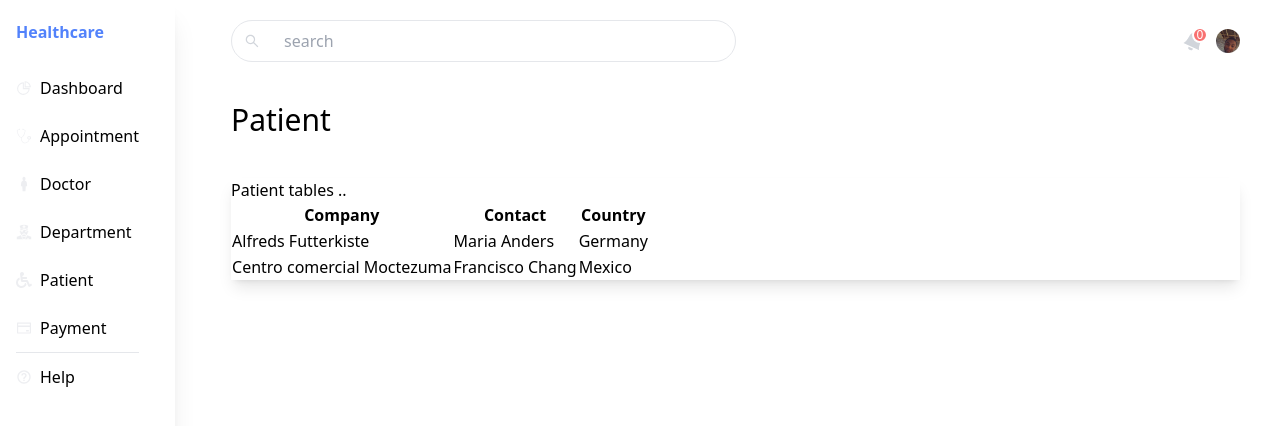
Repository: hisreal123/healthcare-dashboard
Page: /patient
These files come from the project's save history. The page is drawn as it stood at one moment and after a run of saves; the edit follows.
The browser window is 1280 px wide. The pictures show the whole page.
The project was rebuilt for these pictures with package versions that can differ from the ones it lists, and the page was loaded fresh each time. Also part of the build but not shown: vite.config.ts, src/routes/Error.tsx, src/views/Dashboard.tsx, components/tables/AppointementTable.tsx, src/views/Appointment.tsx, src/views/Doctor.tsx, src/views/Department.tsx, src/views/Payment.tsx and 1 more.

Above is the page before, as saved 2023-05-05 19:01:22.

### src/main.tsx
import React from 'react'
import ReactDOM from 'react-dom/client'
import App from './App.tsx'
import './index.css'


ReactDOM.createRoot(document.getElementById('root') as HTMLElement).render(
  <React.StrictMode>
    <App />
  </React.StrictMode>,
)

### src/App.tsx
import React from "react"
import {
  createBrowserRouter,
  RouterProvider,
} from "react-router-dom";
import Navigation from "../components/Navigation";
import Error from "./routes/Error";
import Dashboard from "./views/Dashboard";
import Appointment from "./views/Appointment";
import Doctor from "./views/Doctor";
import Department from "./views/Department";
import Patient from "./views/Patient";
import Payment from "./views/Payment";
import Help from "./views/Help";
import { Provider } from "react-redux";
import store from '../redux/store';

const router = createBrowserRouter([
  {
    path: "/",
    element: <Navigation />,
    errorElement: <Error />,

    children: [
      {
        path: "/dashboard",
        element: <Dashboard />,
      },
      {
        path: "/appointment",
        element: <Appointment />,
      },
      {
        path: "/doctor",
        element: <Doctor />,
      },
      {
        path: "/department",
        element: <Department />,
      },
      {
        path: "/patient",
        element: <Patient />,
      },
      {
        path: "/payment",
        element: <Payment />,
      },
      {
        path: "/help",
        element: <Help />,
      },
    ]

  }
]);



function App() {
  return (
    <Provider store={store}>
      <RouterProvider router={router} />
    </Provider>
  )
}

export default App

### components/Navigation.tsx
import { Outlet } from "react-router-dom";
import { list } from "../src/data/Links";

export default function Navigation() {

    return (
        <>
            <section className="flex space-x-4">
                <div id="sidebar" className="  h-screen shadow-xl group">
                    <div className="px-4 ">

                        {/* logo */}
                        <div >
                            <h1 className="py-5 text-[#5282FB] font-bold">Healthcare</h1>
                        </div>

                        {/* nav */}
                        <nav className="relative pr-5 ">
                            <ul className="relative">
                                {list.map((list, index) => {
                                    return (
                                        <li key={index} className="flex space-x-2 items-center py-3 last:border-t ">
                                            <span className="text-gray-200/70 text-md ">{list.icon}</span>
                                            <a href={`./${list.link}`} className="focus:text-[#5282FB] ">{list.name}</a>
                                        </li>
                                    )
                                })}
                            </ul>
                        </nav>
                    </div>
                </div>
                <div id="detail" className="relative w-full"><Outlet /></div>
            </section>
        </>
    );
}

### src/views/Patient.tsx
import React from 'react'
import ProfileHeader from '../../components/holders/ProfileHeader'
import PatientTable from '../../components/tables/PatientsTable'


export default function Patient() {
    return (
        <>
            <section
                className=" px-10 pt-5 w-full relative">
                <ProfileHeader />

                <main className="div mt-10">
                    <h1 className='lg:text-3xl'> Patient</h1>
                    <PatientTable />
                </main>
            </section>
        </>
    )
}

### redux/store.js
import { configureStore } from "@reduxjs/toolkit";
import AppointmentReducer from "./slices/Appointment";
import patientsReducer from "./slices/Patient";



const store = configureStore({
    reducer : {
        appointments:  AppointmentReducer,
        patients:  patientsReducer,
    }
})


export default store

### src/data/Links.tsx
import { Home, BarChart2 } from 'react-feather';
import { GiStethoscope, GiPerson, GiNurseMale } from 'react-icons/gi'
import { FaWheelchair } from 'react-icons/fa'
import { AiOutlineCreditCard, AiOutlinePieChart } from 'react-icons/ai'
import { BiHelpCircle } from 'react-icons/bi'


type Class  = {
    id: number,
    icon: any,
    name:  string,
    link: string
}


export const list: Class[]= [
    {
        id: 1,
        icon: <AiOutlinePieChart />,
        name: 'Dashboard',
        link: './dashboard',
    },
    {
        id: 2,
        icon: <GiStethoscope />,
        name: 'Appointment',
        link: './Appointment',
    },
    {
        id: 3,
        icon: <GiPerson />,
        name: 'Doctor',
        link: './doctor',
    },
    {
        id: 4,
        icon: <GiNurseMale />,
        name: 'Department',
        link: './department',
    },
    {
        id: 5,
        icon: <FaWheelchair />,
        name: 'Patient',
        link: './patient',
    },
    {
        id: 6,
        icon: <AiOutlineCreditCard />,
        name: 'Payment',
        link: './payment',
    },
    {
        id: 7,
        icon: <BiHelpCircle />,
        name: 'Help',
        link: './help',
    },
]

### components/holders/ProfileHeader.tsx
import React from 'react'
import SearchBar from '../Misc/SearchBar'
import { BsFillBellFill } from 'react-icons/bs'



type ImageWrapperProp = {
    ImageWrapperStyle?: string
}
export const ImageWrapper = ({ ImageWrapperStyle }: ImageWrapperProp) => {
    return (
        <>
            <div className={` ${ImageWrapperStyle} cursor-pointer h-6 w-6 overflow-hidden rounded-full bg-black hover:h-6 hover:w-6`}>
                <img src='./profile.jpg' alt="" className='object-center ' />
            </div>
        </>
    )
}


export default function ProfileHeader() {

    const count = 0
    return (
        <>
            <section className='flex items-center justify-between relative w-full'>

                <SearchBar />

                <div className="right flex  items-center space-x-3">

                    <span className='relative group'>
                        <BsFillBellFill className=" cursor-pointer text-xl text-gray-300 rotate-[25deg] group-hover:text-gray-400" />
                        <span className=" cursor-pointer absolute -top-1 -right-1 text-xs text-white border-2 border-white  bg-red-400  group-hover:bg-red-600 rounded-full h-4 w-4  flex items-center  justify-center">
                            {count}
                        </span>
                    </span>


                    <ImageWrapper ImageWrapperStyle='' />
                </div>
            </section>
        </>
    )
}

### components/tables/PatientsTable.tsx
import React, { Fragment } from 'react'
import { useSelector } from 'react-redux'
import { selectAllPatient } from '../../redux/slices/Patient'
import { ImageWrapper } from '../holders/ProfileHeader'


type PatientTableProps = {
    patientStyle?: string
}


export default function PatientTable({ patientStyle }: PatientTableProps) {

    const patients: any = useSelector(selectAllPatient);
    console.log(patients)


    const PatientList = patients.map((patient: any, index: number) => {
        return (
            <>
                <tr key={index}>
                    <td className='flex item-center space-x-2'>
                        <ImageWrapper />
                        <span>
                            {patient.name}
                        </span>
                    </td>
                    <td>{patient.email}</td>
                    <td>{patient.age}</td>
                    <td>{patient.gender}</td>
                </tr>
            </>
        )
    })



    const PTable = () => {
        return (
            <>
                <table>
                    <tr>
                        <th>Company</th>
                        <th>Contact</th>
                        <th>Country</th>
                    </tr>
                    <tr>
                        <td>Alfreds Futterkiste</td>
                        <td>Maria Anders</td>
                        <td>Germany</td>
                    </tr>
                    <tr>
                        <td>Centro comercial Moctezuma</td>
                        <td>Francisco Chang</td>
                        <td>Mexico</td>
                    </tr>
                </table>
            </>
        )
    }


    return (
        <>
            <section className={`${patientStyle} mt-10 bg-white shadow-lg`}>
                <h1> Patient tables ..</h1>
                <PTable />
            </section>
        </>
    )
}

### redux/slices/Appointment.js
import { createSlice } from "@reduxjs/toolkit";
import { sub } from "date-fns";

// const GENDER =  'M' || 'F',

// const userType = {
//     id: String,
//     name: String,
//     gender: String,
//     age: Number,
//     email:String
// }


const initialState = [

]



const appointmentsSlice = createSlice({
    name: 'appointments',
    initialState,
    reducers : {
        createAppointment (state, action ){
            state.push(action.payload)
        }
    }
})


export const createAppointment = appointmentsSlice.actions
export default appointmentsSlice.reducer

### redux/slices/Patient.js
import { createSlice } from "@reduxjs/toolkit";

const initialState = [
    {
        id:'1',
        image: '../profile.jpg',
        name: 'Lexis Alexandra',
        gender: 'M',
        age: 34,
        email: 'alex@gmail.com'
    },
    {
        id:'2',
        image: '../profile.jpg',
        name: 'Ronald Richard',
        gender: 'F',
        age: 40,
        email: 'Ronald@outlook.com'
    },
];

const patientsSlice = createSlice({
    name: 'patients',
    initialState,
    reducers: {
        addPatient(state, action) {
            state.push(action.payload);
        },
    },
});

export const selectAllPatient = (state) => state.patients;
export const { addPatient } = patientsSlice.actions;
export default patientsSlice.reducer;

### components/Misc/SearchBar.tsx
import React from 'react'
import { AiOutlineSearch } from 'react-icons/ai'

type SearchProps = {
    SearchStyle?: string
}

export default function SearchBar({ SearchStyle }: SearchProps) {
    const [name, setName] = React.useState('');



    const handleSearchClicked = (e: any) => {
        setName(e.target.value)
        console.log(name)
    }

    const handleFormSearch = (e: any) => {
        e.preventDefault()
        console.log(name)

        setName('')
    }
    return (
        <>
            <div className="search flex rounded-3xl overflow-hidden border items-center  w-1/2 ">
                <form className='flex items-center' onSubmit={handleFormSearch}>
                    <span className='px-3 relative'>
                        <AiOutlineSearch className="text-gray-300" onClick={handleSearchClicked} />
                    </span>
                    <input
                        type="text"
                        placeholder='search'
                        className={`${SearchStyle}  outline-none w-full py-2 pl-3 `}
                        aria-expanded
                        value={name}
                        onChange={handleSearchClicked}
                    />
                </form>
            </div>
        </>
    )
}

### tailwind.config.js
/** @type {import('tailwindcss').Config} */
export default {
   content: [
    "./index.html",
    "./src/**/*.{js,ts,jsx,tsx}",
    "./components/**/*.{js,ts,jsx,tsx}",
  ],
  theme: {
    extend: {},
  },
  plugins: [],
}

Loaded but not shown: index.html (common file); src/index.css (common file)

After the next 2 saves:
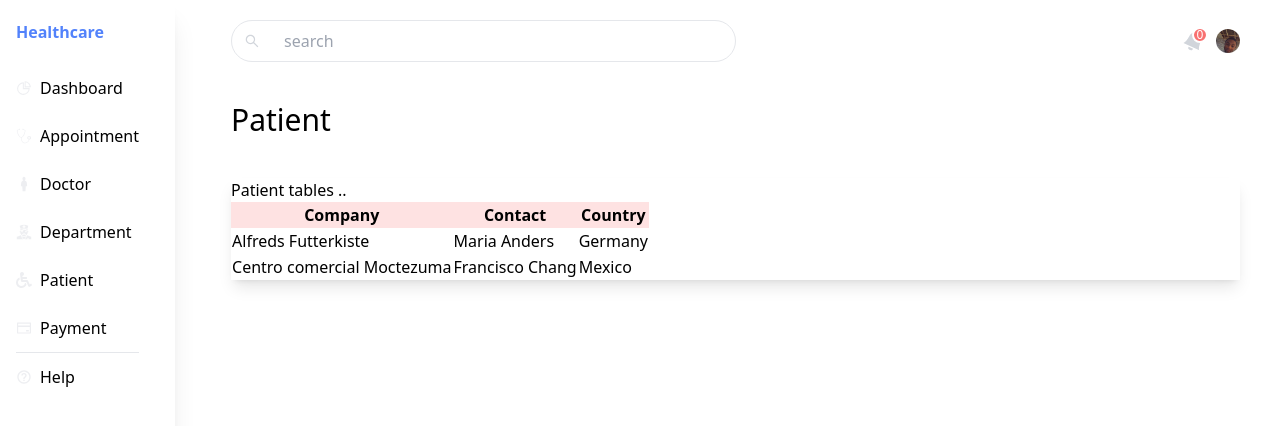
The 2 saves are shown as one change because they came seconds apart.
The last was saved 14 s later.
--- a/components/tables/PatientsTable.tsx
+++ b/components/tables/PatientsTable.tsx
@@ -39,7 +39,7 @@ export default function PatientTable({ patientStyle }: PatientTableProps) {
         return (
             <>
                 <table>
-                    <tr>
+                    <tr className='w-full bg-red-100'>
                         <th>Company</th>
                         <th>Contact</th>
                         <th>Country</th>
